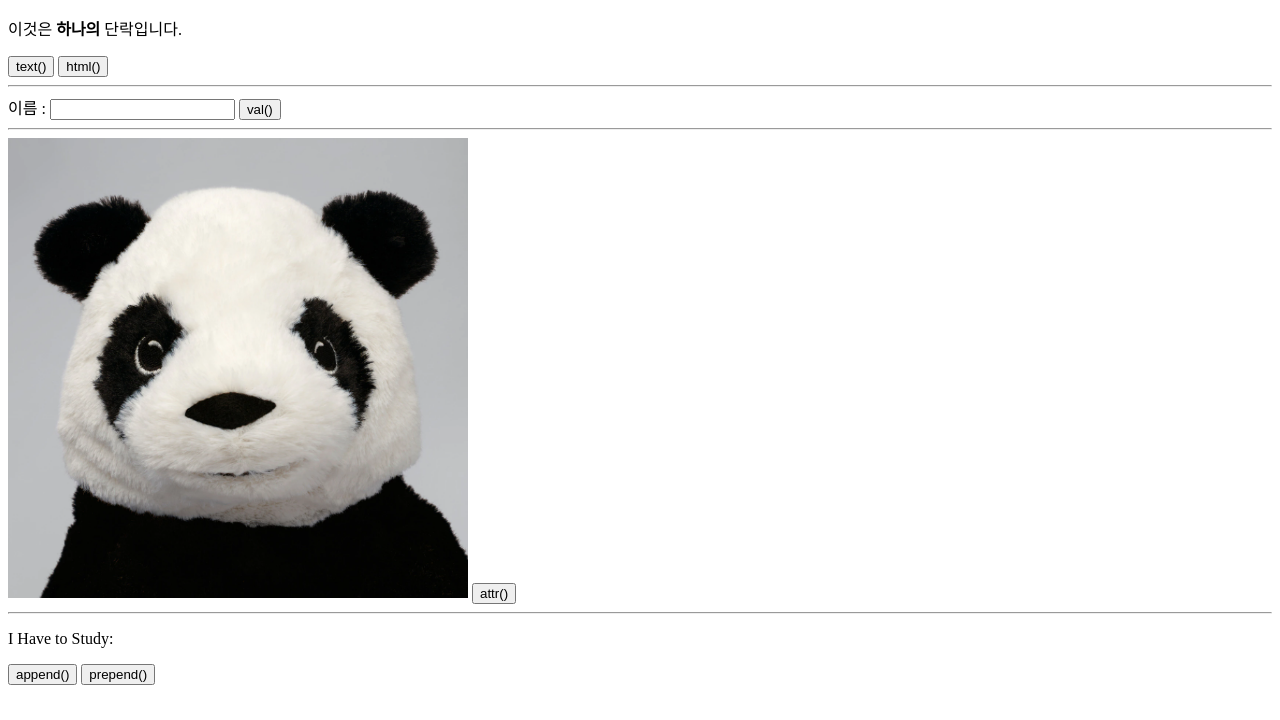
Repository: yujisu01/2021_504_java
Page: javascript_jquery/WebContent/jQuery_ex02.html
An editor plug-in stored every save of this project. The page is shown before and after the next save, followed by the edit.
The browser window is 1280 px wide. The pictures show the whole page.

Above is the page before, as saved 2021-04-15 05:25:42.

### javascript_jquery/WebContent/jQuery_ex02.html
<!DOCTYPE html>
<html>
<head>
<meta charset="UTF-8">
<title>Insert title here</title>
<script type="text/javascript" src="js/jQuery3.x/jquery-3.6.0.js"></script>
<script type="text/javascript">
	$().ready(function(){
		$("#text").click(function() {
			alert($("target").text());
		});
		$("#html").click(function() {
			alert($("target").html());
		});
		$("#val").click(function() {
			alert($("#irum").val());
			// 입력된값 가져옴
			console.log($("#irum").val());
		});
		$("#attr").click(function() {
			alert($("#chain_dog").attr("src"));
		});
		$("#button1").click(function() {
			// 태그처럼 인식을 할수있다.
			$("#append").append("<b style='color:#fdd063'>Yes sir zz</b>");
		});
		$("#button2").click(function() {
			$("#append").prepend("<b style='color:#ddd333'>Yes sir zz</b>");
		});
	});
</script>
</head>
<body>
	<p id="target">이것은 <strong>하나의</strong> 단락입니다.</p>
	<button id="text">text()</button>
	<button id="html">html()</button>
	<hr>
	이름 : <input type="text" id="irum" >
	<button id="val">val()</button>
	<hr>
	<img id="chain_dog" alt="공부하는 강아지" src="images/image35.png"
	width="460px;" height="460px;">
	<button id="attr">attr()</button>
	<hr>
	<p id="append">I Have to Study:</p>
	<button id="button1">append()</button>
	<button id="button2">prepend()</button>
</body>
</html>

Loaded but not shown: javascript_jquery/WebContent/js/jQuery3.x/jquery-3.6.0.js (library)

After the next save:
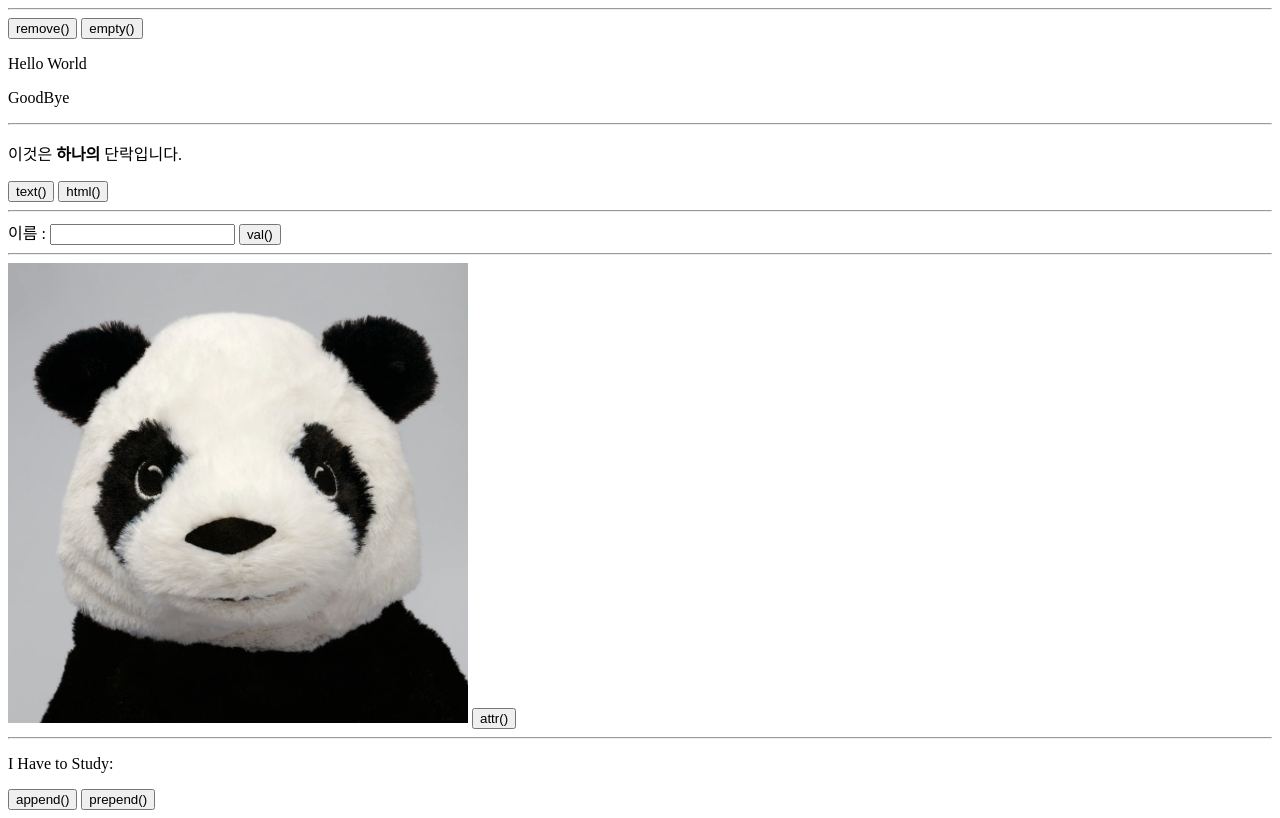
Saved 2 min 17 s later.
--- a/javascript_jquery/WebContent/jQuery_ex02.html
+++ b/javascript_jquery/WebContent/jQuery_ex02.html
@@ -31,6 +31,15 @@
 </script>
 </head>
 <body>
+	<hr>
+	<button id="remove">remove()</button>
+	<button id="empty">empty()</button>
+	<br>
+	<div class="container">
+		<p class="hello">Hello World</p>
+		<p class="goodbye">GoodBye</p>
+	</div>
+	<hr>
 	<p id="target">이것은 <strong>하나의</strong> 단락입니다.</p>
 	<button id="text">text()</button>
 	<button id="html">html()</button>
